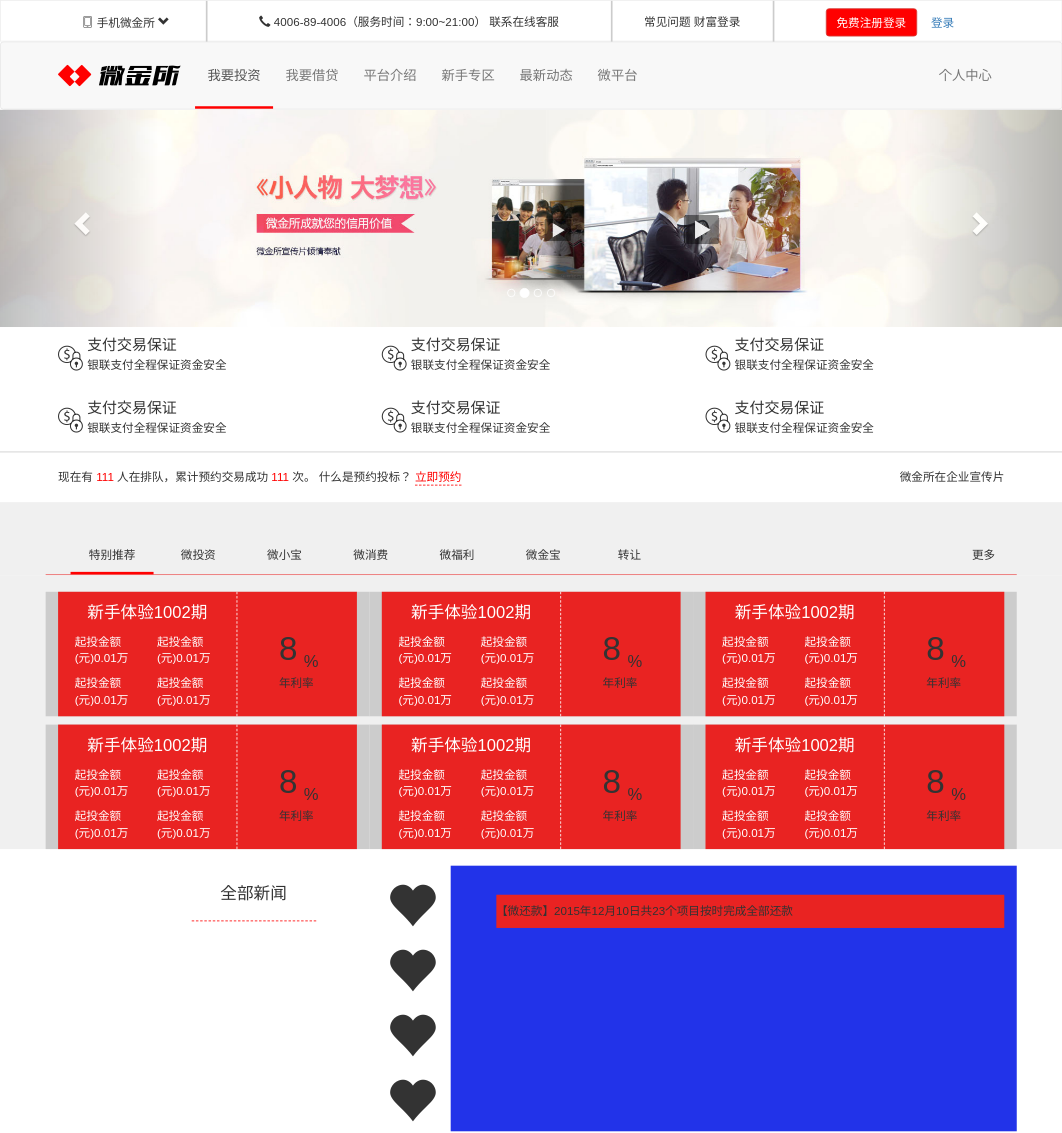
Repository: pwy114pwy/project_02
Page: 菜单.html
The author's editor kept a copy of each file at every save. The page is drawn from the files as they stood at one save, then again after a run of saves.
The browser window is 1280 px wide. The pictures show the whole page, at 83% of full size.
The style sheet was rebuilt from its Sass, Less or Tailwind sources for each picture, by a compiler version that may differ from the author's.

Above is the page before, as saved 2022-11-23 18:08:54.

### 菜单.html
<!DOCTYPE html>
<html lang="en">

<head>
    <!-- 页面的编码格式 -->
    <meta charset="UTF-8">
    <!-- 为了使IE浏览器以最新浏览器edge来渲染页面 -->
    <meta http-equiv="X-UA-Compatible" content="IE=edge">
    <!-- 视口vp，针对于移动端 -->
    <meta name="viewport" content="width=device-width, initial-scale=1.0">
    <!-- 引入Bootstrap框架的CSS样式 -->
    <link rel="stylesheet" href="./lib/bootstrap/css/bootstrap.css">
    <link rel="stylesheet" href="./css/base.css">
    <link rel="stylesheet" href="./css/01.css">
    <title>Document</title>
</head>

<body>
    <header class="wjs-top hidden-xs hidden-sm">
        <div class="container">
            <div class="row">
                <div class="col-md-2">
                    <a href="">
                        <span class="wjs_icon wjs_icon_phone"></span>
                        <span>手机微金所</span>
                        <span class="glyphicon glyphicon-chevron-down"></span>
                        <img src="./images/code.jpg" alt="">
                    </a>
                </div>
                <div class="col-md-5">
                    <span class="glyphicon glyphicon-earphone"></span>
                    <span>4006-89-4006（服务时间：9:00~21:00） 联系在线客服</span>
                </div>
                <div class="col-md-2">
                    <a href="">常见问题</a>
                    <a href="">财富登录</a>
                </div>
                <div class="col-md-3">
                    <button type="button" class="btn btn-danger">免费注册登录</button>


                    <button type="button" class="btn btn-link">登录</button>
                </div>
            </div>
        </div>
    </header>


    <nav class="navbar navbar-default wjs-navbar">
        <div class="container">
            <!-- Brand and toggle get grouped for better mobile display -->
            <div class="navbar-header">
                <button type="button" class="navbar-toggle collapsed" data-toggle="collapse"
                    data-target="#bs-example-navbar-collapse-1" aria-expanded="false">
                    <span class="sr-only">Toggle navigation</span>
                    <span class="icon-bar"></span>
                    <span class="icon-bar"></span>
                    <span class="icon-bar"></span>
                </button>
                <a class="navbar-brand" href="#">
                    <span class="wjs_icon wjs_icon_logo"></span>
                    <span class="wjs_icon wjs_icon_text"></span>
                </a>
            </div>

            <!-- Collect the nav links, forms, and other content for toggling -->
            <div class="collapse navbar-collapse" id="bs-example-navbar-collapse-1">
                <ul class="nav navbar-nav wjs-navbar-nav">
                    <li class="active"><a href="#">我要投资 <span class="sr-only">(current)</span></a></li>
                    <li><a href="#">我要借贷</a></li>
                    <li><a href="#">平台介绍</a></li>
                    <li><a href="#">新手专区</a></li>
                    <li><a href="#">最新动态</a></li>
                    <li><a href="#">微平台</a></li>

                </ul>

                <ul class="nav navbar-nav navbar-right">
                    <li><a href="#">个人中心</a></li>

                </ul>
            </div><!-- /.navbar-collapse -->
        </div><!-- /.container-fluid -->
    </nav>

    <div class="lunbo visible-md visible-lg">
        <div id="carousel-example-generic" class="carousel slide" data-ride="carousel">
            <!-- Indicators -->
            <ol class="carousel-indicators">
              <li data-target="#carousel-example-generic" data-slide-to="0" class="active"></li>
              <li data-target="#carousel-example-generic" data-slide-to="1"></li>
              <li data-target="#carousel-example-generic" data-slide-to="2"></li>
              <li data-target="#carousel-example-generic" data-slide-to="3"></li>
            </ol>

            <!-- Wrapper for slides -->
            <div class="carousel-inner" role="listbox">
              <div class="item active">
                <img src="./images/slide_01_2000x410.jpg" alt="...">
                <div class="carousel-caption">

                </div>
              </div>
              <div class="item">
                <img src="./images/slide_02_2000x410.jpg" alt="...">
                <div class="carousel-caption">

                </div>
              </div>
              <div class="item">
                <img src="./images/slide_03_2000x410.jpg" alt="...">
                <div class="carousel-caption">

                </div>
              </div>
              <div class="item">
                <img src="./images/slide_04_2000x410.jpg" alt="...">
                <div class="carousel-caption">

                </div>
              </div>

            </div>

            <!-- Controls -->
            <a class="left carousel-control" href="#carousel-example-generic" role="button" data-slide="prev">
              <span class="glyphicon glyphicon-chevron-left" aria-hidden="true"></span>
              <span class="sr-only">Previous</span>
            </a>
            <a class="right carousel-control" href="#carousel-example-generic" role="button" data-slide="next">
              <span class="glyphicon glyphicon-chevron-right" aria-hidden="true"></span>
              <span class="sr-only">Next</span>
            </a>
          </div>
    </div>

    <div class="baozhang">
        <div class="container">
            <div class="row">
                <div class="col-sm-6 col-md-4">
                    <span class="wjs_icon wjs_icon_E900"></span>
                    <div class="right">
                        <a href="">支付交易保证</a>
                        <a href="">银联支付全程保证资金安全</a>
                    </div>
                </div>
                <div class="col-sm-6 col-md-4">
                    <span class="wjs_icon wjs_icon_E900"></span>
                    <div class="right">
                        <a href="">支付交易保证</a>
                        <a href="">银联支付全程保证资金安全</a>
                    </div>
                </div>
                <div class="col-sm-6 col-md-4">
                    <span class="wjs_icon wjs_icon_E900"></span>
                    <div class="right">
                        <a href="">支付交易保证</a>
                        <a href="">银联支付全程保证资金安全</a>
                    </div>
                </div>
                <div class="col-sm-6 col-md-4">
                    <span class="wjs_icon wjs_icon_E900"></span>
                    <div class="right">
                        <a href="">支付交易保证</a>
                        <a href="">银联支付全程保证资金安全</a>
                    </div>
                </div>
                <div class="col-sm-6 col-md-4">
                    <span class="wjs_icon wjs_icon_E900"></span>
                    <div class="right">
                        <a href="">支付交易保证</a>
                        <a href="">银联支付全程保证资金安全</a>
                    </div>
                </div>
                <div class="col-sm-6 col-md-4">
                    <span class="wjs_icon wjs_icon_E900"></span>
                    <div class="right">
                        <a href="">支付交易保证</a>
                        <a href="">银联支付全程保证资金安全</a>
                    </div>
                </div>


            </div>

        </div>
    </div>

    <div class="paidui">
        <div class="container">
            <a href="">现在有</a>
            <p>111</p>
            <a href="">人在排队，累计预约交易成功</a>
            <p>111</p>
            <a href="">次。 什么是预约投标？ </a>
            <p class="yuyue">立即预约</p>
            <a href="" class="visible-lg">微金所在企业宣传片</a>
        </div>

    </div>


    <div class="xialiebiao">

        <div class="container">
            <div class="row">
                <div><a href="#">特别推荐 <span class="sr-only">(current)</span></a></div>
                <div><a href="#">微投资</a></div>
                <div><a href="#">微小宝</a></div>
                <div><a href="#">微消费</a></div>
                <div><a href="#">微福利</a></div>
                <div><a href="#">微金宝</a></div>
                <div><a href="#">转让</a></div>
                <div class="hidden-sm hidden-xs hidden-md"><a href="#">更多</a></div>
            </div>

        </div>




    </div>

    <div class="touzi">
        <div class="container">
            <div class="row">
                <div class="col-xs-12 col-sm-6  col-md-4">
                    <div>
                        <div class="left">
                            <div class="top">
                                <a href="">新手体验1002期</a>
                            </div>
                            <div class="bottom">
                                <p>起投金额(元)0.01万</p>
                                <p>起投金额(元)0.01万</p>
                                <p>起投金额(元)0.01万</p>
                                <p>起投金额(元)0.01万</p>
                            </div>
                        </div>
                        <div class="right">

                                <a href="">8</a>
                                <a href="">%</a>
                                <a href="">年利率</a>
                        </div>
                    </div>
                </div>

                <div class="col-xs-12 col-sm-6  col-md-4">
                    <div>
                        <div class="left">
                            <div class="top">
                                <a href="">新手体验1002期</a>
                            </div>
                            <div class="bottom">
                                <p>起投金额(元)0.01万</p>
                                <p>起投金额(元)0.01万</p>
                                <p>起投金额(元)0.01万</p>
                                <p>起投金额(元)0.01万</p>
                            </div>
                        </div>
                        <div class="right">

                                <a href="">8</a>
                                <a href="">%</a>
                                <a href="">年利率</a>
                        </div>
                    </div>
                </div>

                <div class="col-xs-12 col-sm-6  col-md-4">
                    <div>
                        <div class="left">
                            <div class="top">
                                <a href="">新手体验1002期</a>
                            </div>
                            <div class="bottom">
                                <p>起投金额(元)0.01万</p>
                                <p>起投金额(元)0.01万</p>
                                <p>起投金额(元)0.01万</p>
                                <p>起投金额(元)0.01万</p>
                            </div>
                        </div>
                        <div class="right">

                                <a href="">8</a>
                                <a href="">%</a>
                                <a href="">年利率</a>
                        </div>
                    </div>
                </div>

                <div class="col-xs-12 col-sm-6  col-md-4">
                    <div>
                        <div class="left">
                            <div class="top">
                                <a href="">新手体验1002期</a>
                            </div>
                            <div class="bottom">
                                <p>起投金额(元)0.01万</p>
                                <p>起投金额(元)0.01万</p>
                                <p>起投金额(元)0.01万</p>
                                <p>起投金额(元)0.01万</p>
                            </div>
                        </div>
                        <div class="right">

                                <a href="">8</a>
                                <a href="">%</a>
                                <a href="">年利率</a>
                        </div>
                    </div>
                </div>

                <div class="col-xs-12 col-sm-6  col-md-4">
                    <div>
                        <div class="left">
                            <div class="top">
                                <a href="">新手体验1002期</a>
                            </div>
                            <div class="bottom">
                                <p>起投金额(元)0.01万</p>
                                <p>起投金额(元)0.01万</p>
                                <p>起投金额(元)0.01万</p>
                                <p>起投金额(元)0.01万</p>
                            </div>
                        </div>
                        <div class="right">

                                <a href="">8</a>
                                <a href="">%</a>
                                <a href="">年利率</a>
                        </div>
                    </div>
                </div>

                <div class="col-xs-12 col-sm-6  col-md-4">
                    <div>
                        <div class="left">
                            <div class="top">
                                <a href="">新手体验1002期</a>
                            </div>
                            <div class="bottom">
                                <p>起投金额(元)0.01万</p>
                                <p>起投金额(元)0.01万</p>
                                <p>起投金额(元)0.01万</p>
                                <p>起投金额(元)0.01万</p>
                            </div>
                        </div>
                        <div class="right">

                                <a href="">8</a>
                                <a href="">%</a>
                                <a href="">年利率</a>
                        </div>
                    </div>
                </div>

            </div>
        </div>
    </div>

    <div class="news">
        <div class="container">
            <div class="row">
                <div class="col-lg-4 col-push-3">
                    <a href="">全部新闻</a>
                </div>

                <div class="col-lg-1">
                    <ul>
                        <li class="glyphicon glyphicon-heart"></li>
                        <li class="glyphicon glyphicon-heart"></li>
                        <li class="glyphicon glyphicon-heart"></li>
                        <li class="glyphicon glyphicon-heart"></li>

                    </ul>
                </div>
                <div class="col-lg-7">
                    <div>
                        <ul>
                            <li><a href="">【微还款】2015年12月10日共23个项目按时完成全部还款</a></li>

                        </ul>
                    </div>
                </div>
            </div>
        </div>
    </div>


    <script src="./lib/jquery/jquery.js"></script>
    <script src="./lib/bootstrap/js/bootstrap.js"></script>
</body>

</html>

### css/01.less
.wjs-top {
    line-height: 50px;
    height: 50px;
    border: 1px solid #eee;

    .row {
        >div {
            text-align: center;
            height: 50px;

            &:nth-child(-n+3) {
                border-right: 2px solid #ccc;
            }

            a {
                position: relative;
                display: block;

                &:hover {
                    img {
                        z-index: 999;
                        display: block;
                    }
                }

                img {
                    display: none;
                    position: absolute;
                    top: 50px;
                    left: 26px;
                    border: 1px solid #ccc;
                    border-top: 0;
                }

            }

            &:nth-child(3) {
                a {
                    display: inline;
                }
            }

            &:nth-child(4) {
                button {
                    &:nth-child(1) {
                        background-color: red;
                    }
                }
            }

        }

    }
}

.wjs-navbar {
    margin-bottom: 0;
    .wjs-navbar-nav {
        a {
            height: 80px;
            line-height: 50px;
            font-size: 16px;

            &:hover {
                border-bottom: 3px solid red;
            }
        }

        .active {
            a {
                border-bottom: 3px solid red;
                background-color: transparent;

                &:hover {
                    background-color: transparent;

                }
            }
        }
    }

    .navbar-header {
        button {
            margin-top: 24px;
        }
    }

    .navbar-right {
        li {
            a {
                height: 80px;
                line-height: 50px;
                font-size: 16px;

                &:hover {
                    border-bottom: 3px solid red;
                }
            }
        }
    }

    .navbar-brand {
        span {
            height: 80px;
            line-height: 50px;
            font-size: 40px;

            &:nth-child(1) {
                color: red;
            }

            &:nth-child(2) {
                color: black;
            }
        }
    }
}


.baozhang {
    border-bottom: 1px solid #ccc;
    // position: relative;
    // height: 150px;
    // background-color: aqua;
    .row {
        div {
            // width: 390px;
            height: 75px;

            // background-color: rgb(180, 73, 73);

            span {
                line-height: 75px;
                display: inline-block;
                font-size: 30px;
            }

            .right {
                // width: 300px;
                position: absolute;
                top: 10px;
                left: 50px;
                height: 50px;

                // background-color: antiquewhite;
                a:nth-child(1) {
                    font-size: 18px;
                    display: block;
                    // background-color: aqua;
                }
            }
        }
    }
}

.paidui {
    position: relative;
    // display: flex;
    // top: 20px;

    // height: 60px;
    // background-color: blueviolet;
    a{
        height: 60px;
        line-height: 60px;
    }
    a:last-child {

        float: right;
    }

    p {
        height: 20px;
        line-height: 35 px;
        display: inline-block;
        color: red;
    }
    .yuyue{
        border-bottom: 1px dashed red;
    }
}

.xialiebiao {
    .container{
        border-bottom: 1px solid rgb(237, 73, 73);
    }
    background-color: #f0f0f0;
    // height: 90px;
    padding-top: 40px;
    .row{
        position: relative;
        left: 30px;
        div{
            text-align: center;
            display: inline-block;
            width: 100px;
            height: 47px;
            line-height: 47px;
            // background-color: antiquewhite;
            &:first-child{
                border-bottom: 3px solid red;
            }
            &:last-child{
                position: absolute;
                left: 1050px;
            }
            &:hover{
                border-bottom: 3px solid red;

            }
        }
    }
}
.touzi{

    background-color: #f0f0f0;

    .row{
        padding-top: 10px;
        >div{
            margin-top: 10px;
            position: relative;
            display: inline-block;
            // width: 390px;
            height: 150px;
            // border: 1px solid red;
            background-color: #ccc;
            >div{
                // width: 360px;
                height: 150px;
                display: flex;
                background-color: #e92322;
                .left{

                    width: 60%;
                    height: 150px;
                    border-right: 1px dashed white;

                    .top{
                        text-align: center;
                        height: 50px;
                        line-height: 50px;
                        a{
                            color: white;
                            font-size: 20px;
                        }
                        // background-color: azure;
                    }
                    .bottom{
                        // display: flex;
                        p{

                            margin-left: 20px;
                            // float: left;
                            // flex-wrap: wrap;
                            width: 35%;
                            height: 40px;
                            // background-color: #ccc;
                            display: inline-block;
                            // display: flex;
                            color: white;

                        }
                    }
                }
                .right{
                    position: relative;
                    width: 40%;
                    height: 150px;

                    a{
                        position: absolute;
                        display: inline-block;
                        &:first-child{
                            top: 40px;
                            left: 50px;
                            font-size: 40px;
                            // background-color: #e92322;
                        }
                        &:nth-child(2){
                            font-size: 20px;
                            top: 70px;
                            left: 80px;
                            // background-color: azure;
                        }
                        &:last-child{
                            top: 100px;
                            left:50px;
                        }
                    }

                }
            }
        }
    }
}
.news{
    margin-top: 20px;
    height: 320px;
    .row{
        div:nth-child(1){

            height: 66.7px;
            // background-color: #e92322;
           > a{  text-align: center;
                width: 150px;
                font-size: 20px;
                position: absolute;
                left: 45%;
                line-height: 66px;
                border-bottom: 1px dashed red;
            }
        }
        div:nth-child(2){

            // background-color: #22e961;
            ul{
                margin-left: -55px;
                display: flex;
                flex-wrap: wrap;
            }
            li{
                // float: left;
                // border-radius: 50%;
                margin-left: 20px;
                margin-top: 18px;
                list-style: none;
                width: 60px;
                height: 60px;
                // background-color: #e92322;
                font-size: 60px;
                &:hover{
                    background-color: #eee;
                }
            }
        }
        div:nth-child(3){
            height: 320px;
            background-color: #2233e9;
            div{
                li{
                    margin-top: 35px;
                    list-style: none;
                    height: 40px;
                    background-color: #e92322;
                    a{
                        line-height: 40px;
                        // display: inline-block;
                    }
                }
            }
        }
    }
}

Loaded but not shown: lib/bootstrap/css/bootstrap.css (library); lib/jquery/jquery.js (library); lib/bootstrap/js/bootstrap.js (library); css/base.css (120 lines, source omitted)

After the next 2 saves:
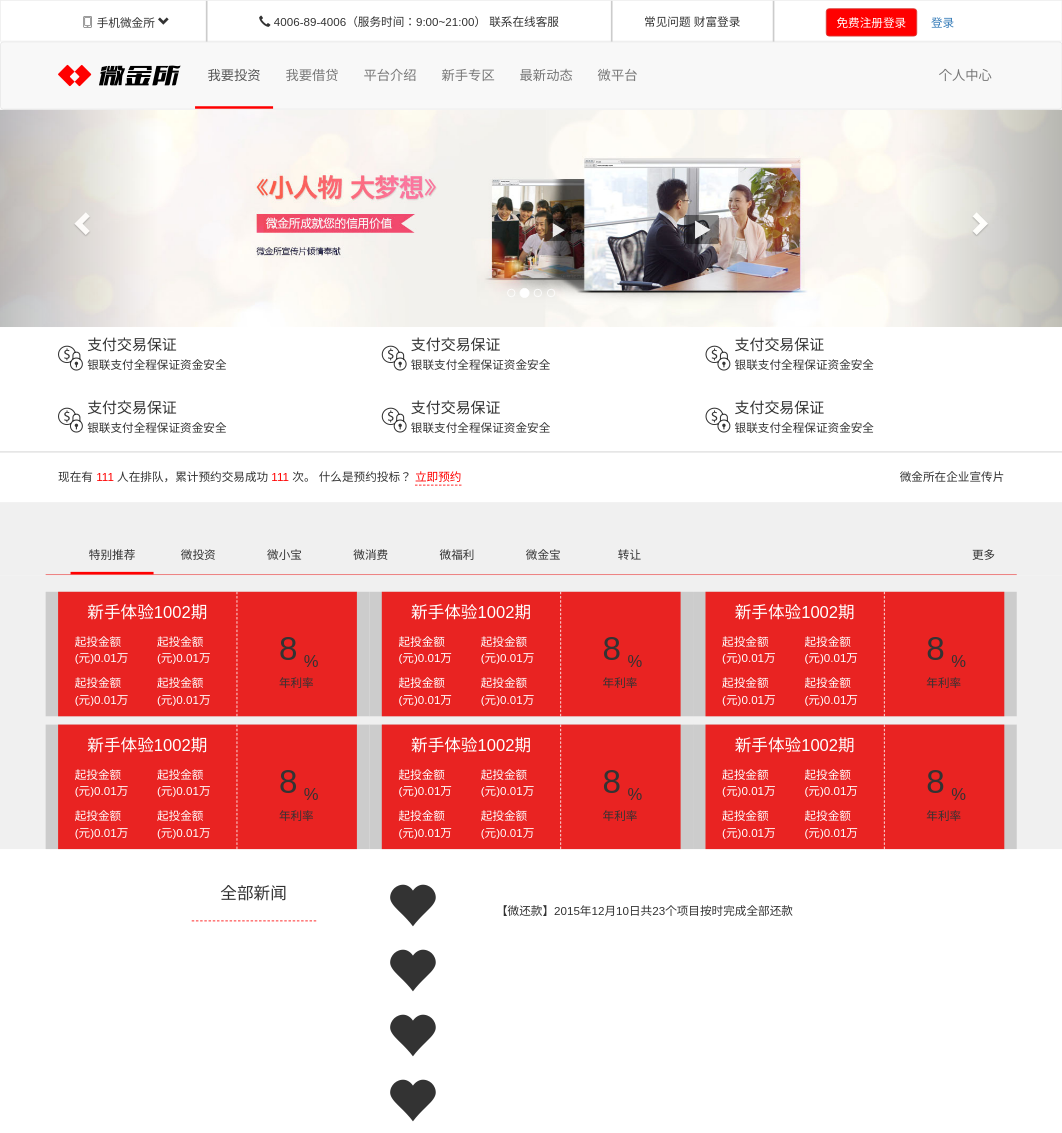
The 2 saves are shown as one change because they came seconds apart.
The last was saved 13 s later.
--- a/css/01.less
+++ b/css/01.less
@@ -336,13 +336,13 @@
         }
         div:nth-child(3){
             height: 320px;
-            background-color: #2233e9;
+            // background-color: #2233e9;
             div{
                 li{
                     margin-top: 35px;
                     list-style: none;
                     height: 40px;
-                    background-color: #e92322;
+                    // background-color: #e92322;
                     a{
                         line-height: 40px;
                         // display: inline-block;
